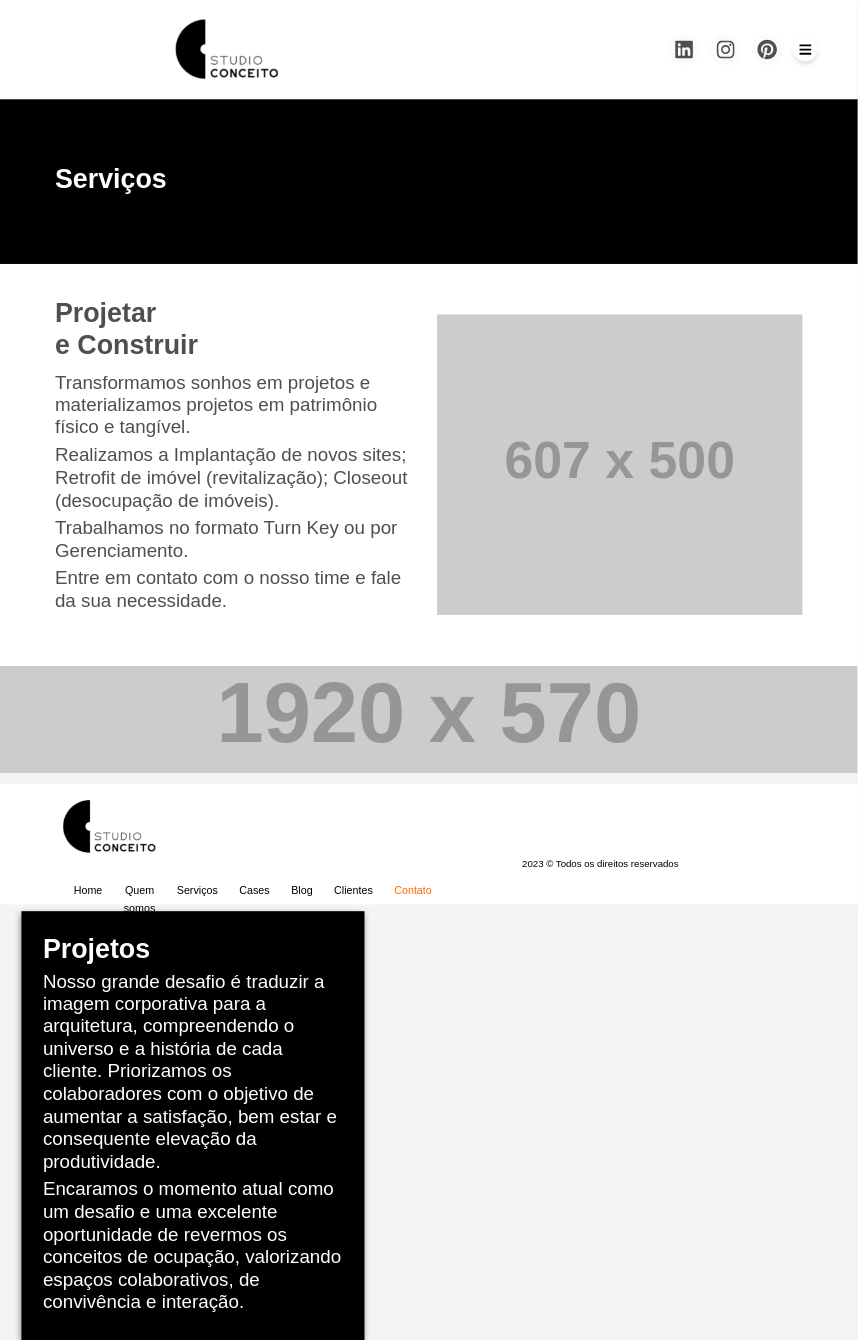
Repository: Upstairs-Agencia/studio-conceito-react
Page: /servicos
An editor plug-in stored every save of this project. The page is shown before and after the next save, followed by the edit.
The browser window is 1280 px wide. The pictures show the whole page, at 67% of full size.
The project was rebuilt for these pictures with package versions that can differ from the ones it lists, and the page was loaded fresh each time. Also part of the build but not shown: src/pages/Home.js, src/pages/QuemSomos.js, src/pages/Cases.js, src/pages/Blog.js, src/pages/Clientes.js, src/pages/Contato.js.

Above is the page before, as saved 2024-12-29 03:14:08.

After the next save:
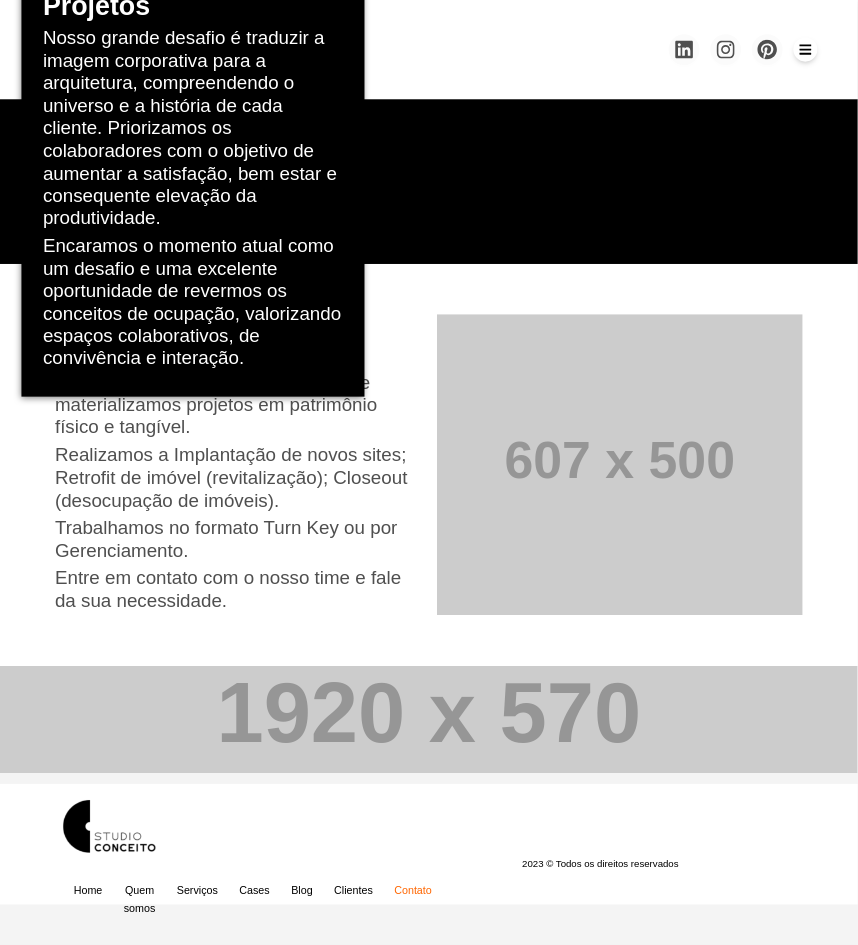
Saved 48 s later.
--- a/src/pages/Servicos.js
+++ b/src/pages/Servicos.js
@@ -72,7 +72,7 @@ const Servicos = () => {
               padding: "2rem",
               width: "40%",
               position: 'absolute',
-              bottom: "-80rem", // Faz o retângulo subir sobre a imagem de fundo
+              bottom: "8rem", // Faz o retângulo subir sobre a imagem de fundo
               left: "2rem", // Margem à esquerda
               height: "auto", // Aumenta a altura com base no conteúdo
               boxShadow: "0px 4px 10px rgba(0, 0, 0, 0.5)", // Para criar um efeito de profundidade
